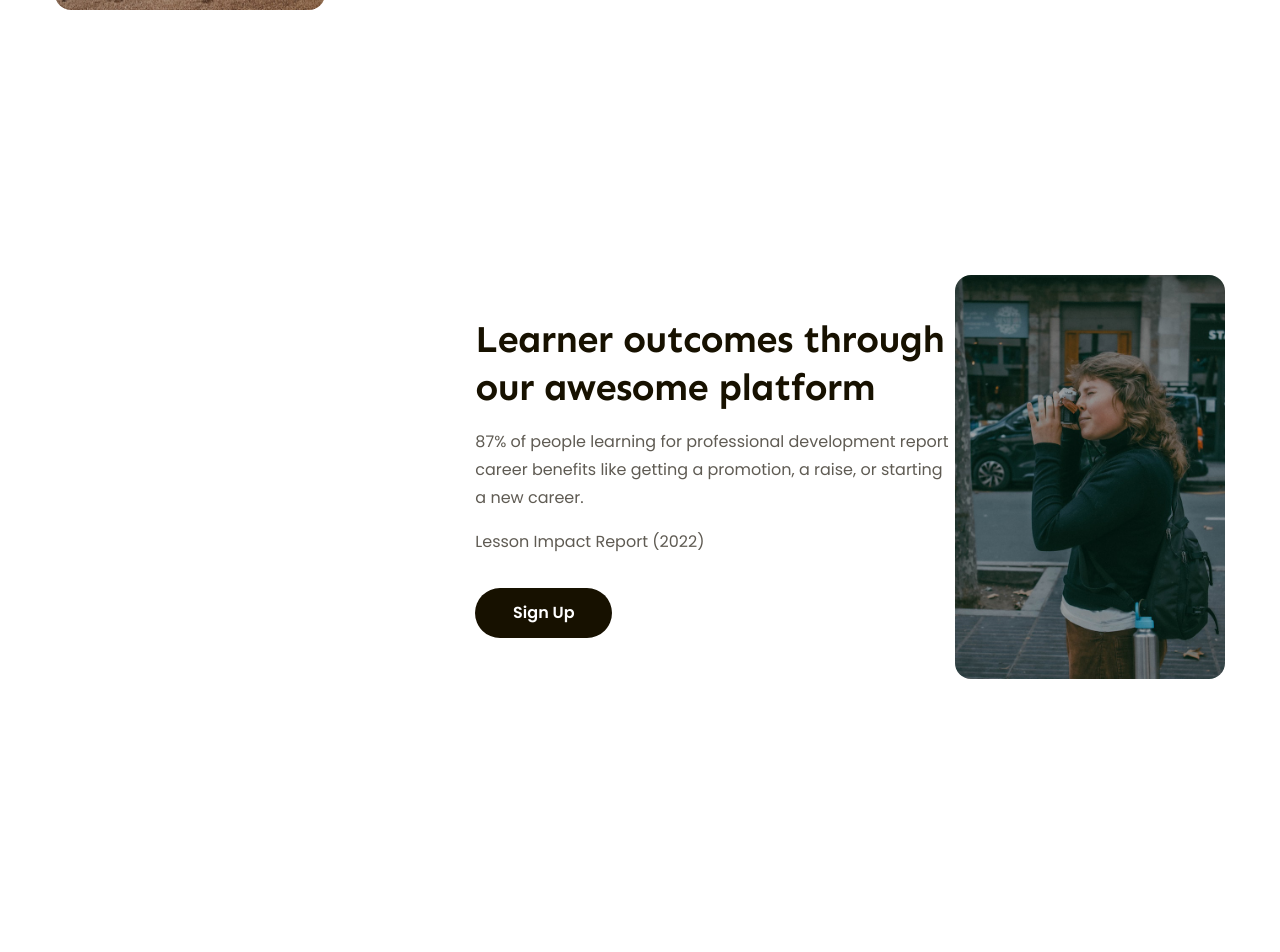
Repository: empty24062002/f8-htmlcss-02-pratice
Page: index.html
These files come from the project's save history. The page is drawn as it stood at one moment and after the next save; the edit follows.
The browser window is 1280 px wide. The pictures show the part of the page from y = 2931 to 3883 px (the page is 5187 px tall).
Pictures or frames that could not be fetched are drawn as grey boxes. A picture or video elsewhere on the page could not be fetched, so the positions and the page height are approximate.

Above is the page before, as saved 2023-07-20 08:48:56.

After the next save:
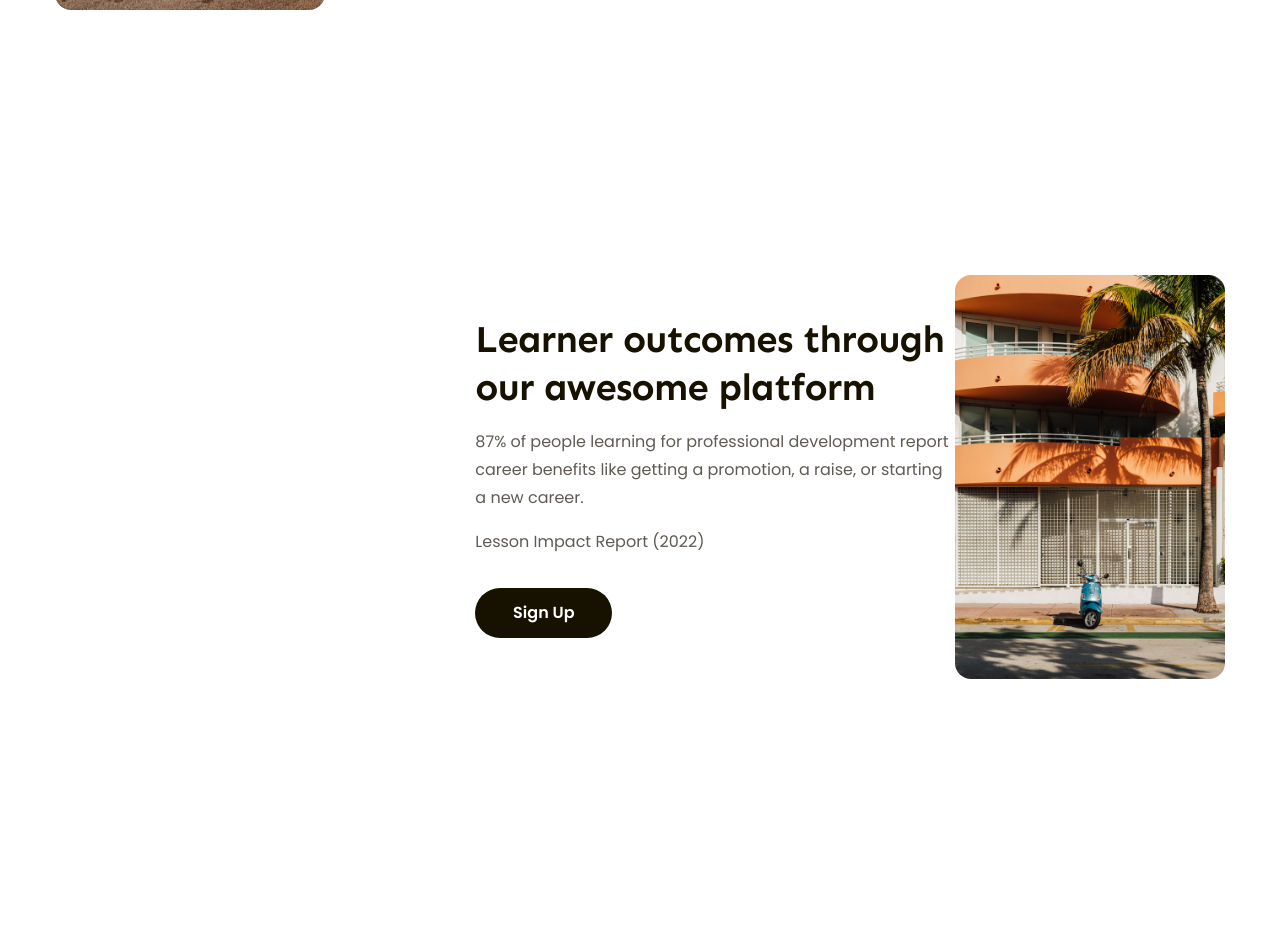
Saved 50 s later.
--- a/index.html
+++ b/index.html
@@ -435,7 +435,7 @@
                     <div class="body">
                         <div class="images">
                             <img
-                                src="./assets/img/features-2.jpg"
+                                src="./assets/img/features-3.jpg"
                                 alt="Learner outcomes through our awesome platform"
                             />
                         </div>
